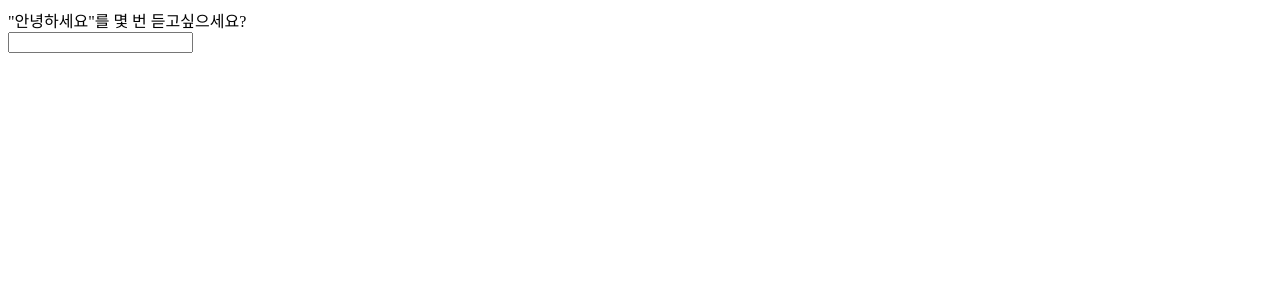
Repository: HimNahyeon/devClassBackup
Page: jsp/youtube_jsp/JSPPrj/WebContent/hello.html
The author's editor kept a copy of each file at every save. The page is drawn from the files as they stood at one save, then again after the next save.
The browser window is 1280 px wide. The pictures show the whole page.

Above is the page before, as saved 2021-10-27 15:04:20.

### jsp/youtube_jsp/JSPPrj/WebContent/hello.html
<!DOCTYPE html>
<html>
<head>
<meta charset="UTF-8">
<title>Insert title here</title>
</head>
<body>
	<div>
		<form>
			<div>
				<label>"안녕하세요"를 몇 번 듣고싶으세요?</label>
			</div>
			<div>
				<input type="text" name="cnt"/>
			</div>
		</form>
	</div>
</body>
</html>

After the next save:
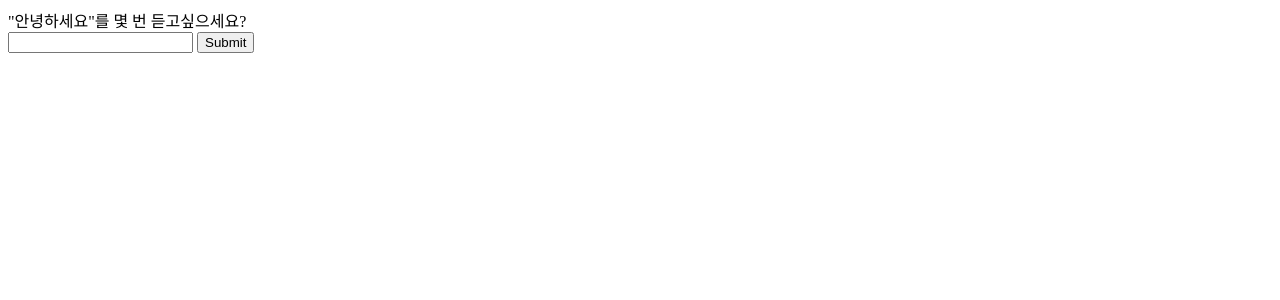
Saved 7 s later.
--- a/jsp/youtube_jsp/JSPPrj/WebContent/hello.html
+++ b/jsp/youtube_jsp/JSPPrj/WebContent/hello.html
@@ -12,6 +12,7 @@
 			</div>
 			<div>
 				<input type="text" name="cnt"/>
+				<input type="submit" name="cnt"/>
 			</div>
 		</form>
 	</div>
